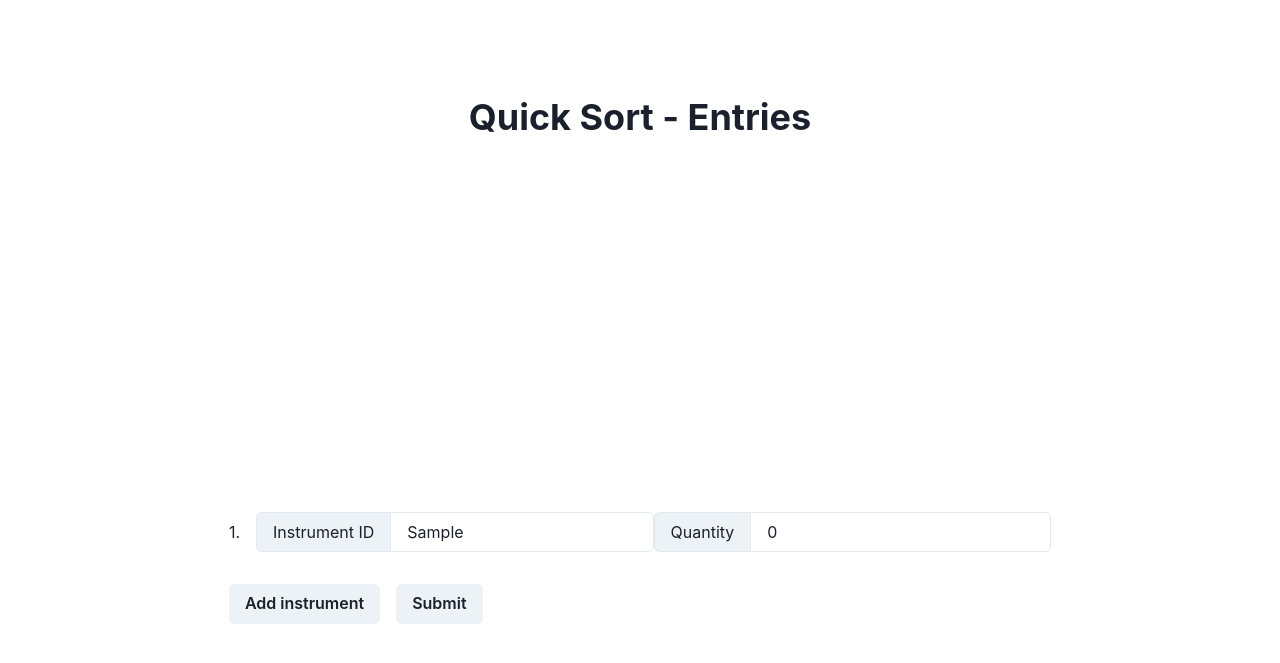
Repository: rohit-jindal18/stock-trailer
Page: /home
An editor plug-in stored every save of this project. The page is shown before and after the next save, followed by the edit.
The browser window is 1280 px wide. The pictures show the whole page.
The project was rebuilt for these pictures with package versions that can differ from the ones it lists, and the page was loaded fresh each time. The framework's server and built-in components were replaced by stand-ins that run in the browser. Also part of the build but not shown: next.config.js.

Above is the page before, as saved 2023-03-14 15:05:42.

After the next save:
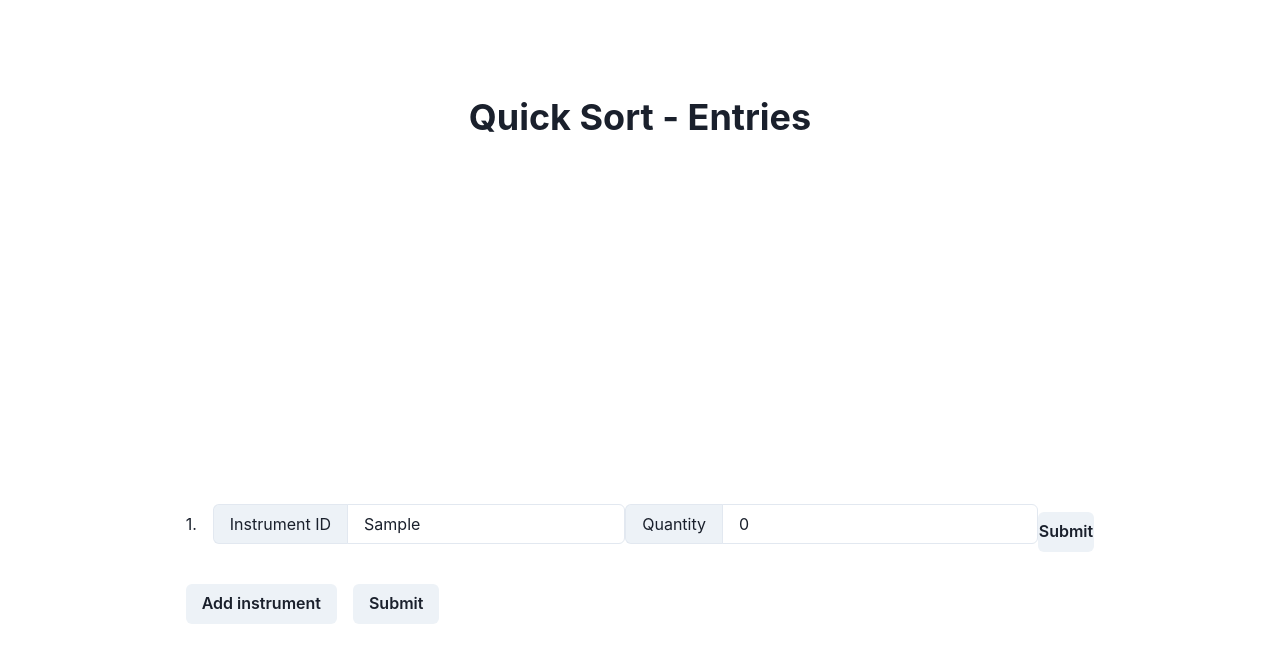
Saved 26 s later.
--- a/src/pages/home.tsx
+++ b/src/pages/home.tsx
@@ -58,6 +58,7 @@ export default function Authorize() {
                       setInstruments(newInstruments);
                     }} />
                   </InputGroup>
+                  <Button variant={'solid'} mt={'16px'}>Submit</Button>
                 </Box>
               );
             })
